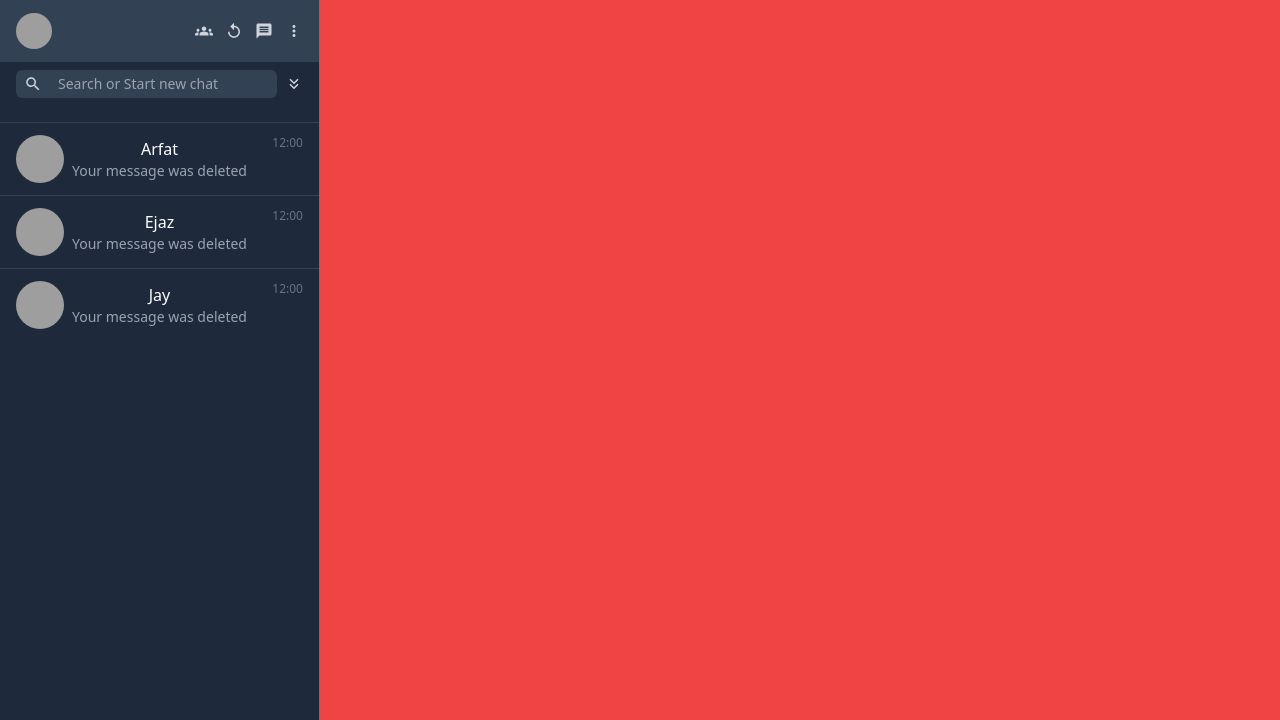
Repository: theanmol-raj/whatsapp
Page: /
The author's editor kept a copy of each file at every save. The page is drawn from the files as they stood at one save, then again after the next save.
The browser window is 1280 px wide. The pictures show the whole page.
Pictures or frames that could not be fetched are drawn as grey boxes. The project was rebuilt for these pictures with package versions that can differ from the ones it lists, and the page was loaded fresh each time.

Above is the page before, as saved 2022-12-06 22:35:43.

After the next save:
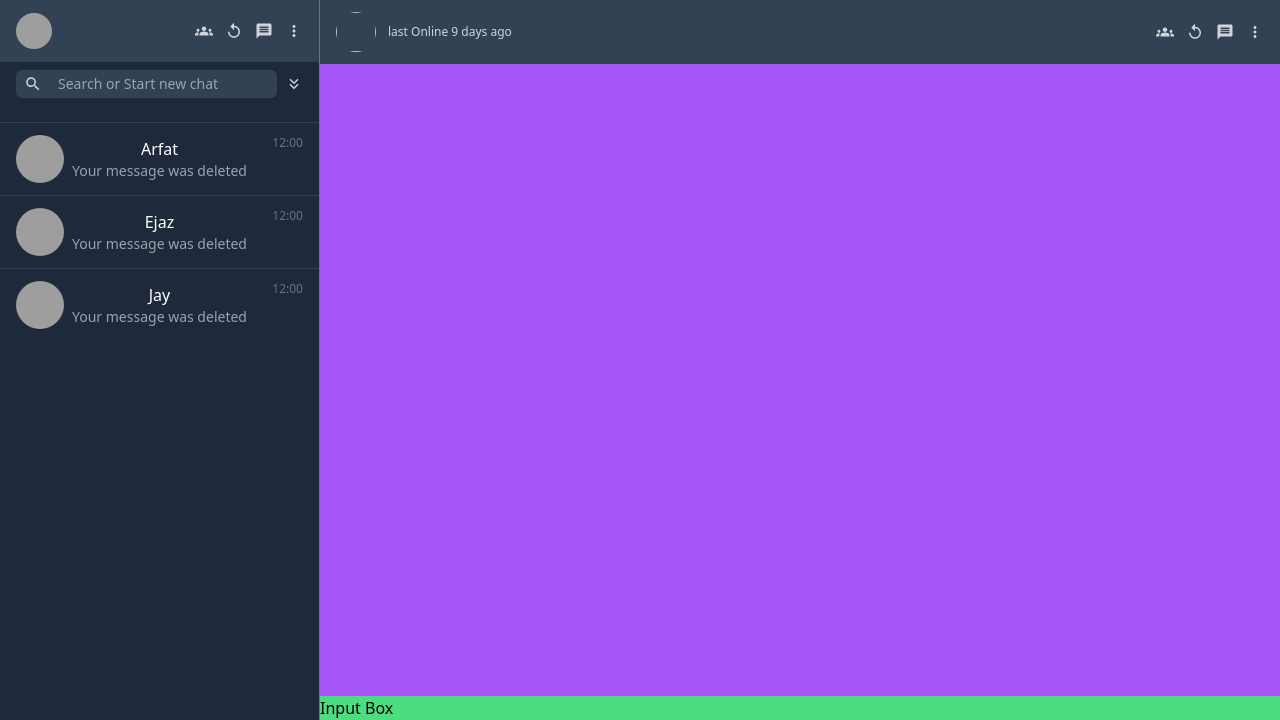
Saved 22 h 19 min later.
--- a/src/Screens/Homescreen.jsx
+++ b/src/Screens/Homescreen.jsx
@@ -14,8 +14,8 @@ function Homescreen() {
         {/* Contact List */}
             <ContactList setContact={setActive} />
         {/* Message Box */}
-
-          {active ? <ChatScreen p1={active} /> : ""}
+            <ChatScreen p1={active} />
+          {/* {active ? <ChatScreen p1={active} /> : ""} */}
 
 
     </div>
